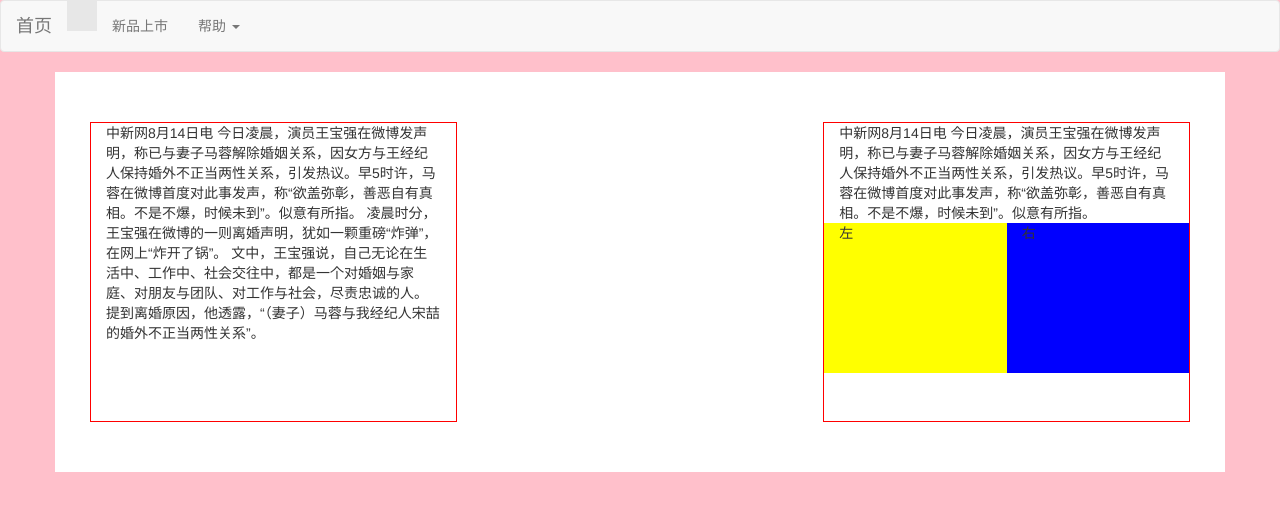
Repository: linkosong/mine
Page: workspaces/activity/src/main/webapp/index.html
An editor plug-in stored every save of this project. The page is shown before and after the next save, followed by the edit.
The browser window is 1280 px wide. The pictures show the whole page.

Above is the page before, as saved 2016-11-18 10:03:53.

### workspaces/activity/src/main/webapp/index.html
<!DOCTYPE HTML>
<html>
	<head>
		<meta http-equiv="X-UA-Compatible" content="IE=edge"><!--  IE浏览器9.0全都支持 ，的核心配置意思是与bootstrap交融，正常使用  -->
		<meta name="viewport" charset="utf-8"  content="device=device-width,initoal-scale=1"><!--  合适图框的大小，缩放的比例 ，支持pc端，移动端     -->
		<title>Bootstrap基础入门</title>
		<link rel="stylesheet" href="bootstrap/css/bootstrap.min.css" type="text/css"></link>
		<script type="text/javascript" src="bootstrap/js/jquery-3.1.1.min.js"></script>
		<script type="text/javascript" src="bootstrap/js/bootstrap.min.js"></script>
	</head>
<!-- 栅格系统 -->
	<body style="background-color: pink">

<nav class="navbar navbar-default" role="navigation">
  <div class="container-fluid">
    <!-- Brand and toggle get grouped for better mobile display -->
    <div class="navbar-header">
      <button type="button" class="navbar-toggle collapsed" data-toggle="collapse" data-target="#bs-example-navbar-collapse-1">
        <span class="sr-only">Toggle navigation</span>
        <span class="icon-bar"></span>
        <span class="icon-bar"></span>
        <span class="icon-bar"></span>
      </button>
      <a class="navbar-brand" href="#">首页</a>
    </div>

    <!-- Collect the nav links, forms, and other content for toggling -->
    <div class="collapse navbar-collapse" id="bs-example-navbar-collapse-1">
      <ul class="nav navbar-nav">
        <li class="active"><a href="#">	</a></li>
        <li><a href="#">新品上市</a></li>
        <li class="dropdown">
          <a href="#" class="dropdown-toggle" data-toggle="dropdown">帮助 <span class="caret"></span></a>
          <ul class="dropdown-menu" role="menu">
            <li><a href="#">Action</a></li>
            <li><a href="#">Another action</a></li>
            <li><a href="#">Something else here</a></li>
            <li class="divider"></li>
            <li><a href="#">Separated link</a></li>
            <li class="divider"></li>
            <li><a href="#">One more separated link</a></li>
          </ul>
        </li>
      </ul>
<!--       <form class="navbar-form navbar-left" role="search"> -->
<!--         <div class="form-group"> -->
<!--           <input type="text" class="form-control" placeholder="Search"> -->
<!--         </div> -->
<!--         <button type="submit" class="btn btn-default">Submit</button> -->
<!--       </form> -->
<!--       <ul class="nav navbar-nav navbar-right"> -->
<!--         <li><a href="#">Link</a></li> -->
<!--         <li class="dropdown"> -->
<!--           <a href="#" class="dropdown-toggle" data-toggle="dropdown">Dropdown <span class="caret"></span></a> -->
<!--           <ul class="dropdown-menu" role="menu"> -->
<!--             <li><a href="#">Action</a></li> -->
<!--             <li><a href="#">Another action</a></li> -->
<!--             <li><a href="#">Something else here</a></li> -->
<!--             <li class="divider"></li> -->
<!--             <li><a href="#">Separated link</a></li> -->
<!--           </ul> -->
<!--         </li> -->
<!--       </ul> -->
    </div><!-- /.navbar-collapse -->
  </div><!-- /.container-fluid -->
</nav>

		<div class="container" style="padding: 50px; background-color: #fff"> <!-- container : 表示的是文字或内容到边框的自动调整       -->

			<div class="row">
				<div class="col-md-4 " style="border:1px solid red;height:300px"> <!--  col-md-* :表示的是所适应的屏幕
				                                                                        col-后跟sm用于手机端， xs用于平板 ， md用于电脑 ，lg用于大屏幕
				                                                                                                                                                                                                                        默认的是一行十二列
				                                                                     -->

					中新网8月14日电
					今日凌晨，演员王宝强在微博发声明，称已与妻子马蓉解除婚姻关系，因女方与王经纪人保持婚外不正当两性关系，引发热议。早5时许，马蓉在微博首度对此事发声，称“欲盖弥彰，善恶自有真相。不是不爆，时候未到”。似意有所指。
					凌晨时分，王宝强在微博的一则离婚声明，犹如一颗重磅“炸弹”，在网上“炸开了锅”。
					文中，王宝强说，自己无论在生活中、工作中、社会交往中，都是一个对婚姻与家庭、对朋友与团队、对工作与社会，尽责忠诚的人。提到离婚原因，他透露，“（妻子）马蓉与我经纪人宋喆的婚外不正当两性关系”。
				</div>
				<!-- 列偏移    col-md-offset-4  向右偏移4个栅     页面一共12个栅-->
				<div class="col-md-4 col-md-offset-4" style="border:1px solid red;height:300px">
					中新网8月14日电
					今日凌晨，演员王宝强在微博发声明，称已与妻子马蓉解除婚姻关系，因女方与王经纪人保持婚外不正当两性关系，引发热议。早5时许，马蓉在微博首度对此事发声，称“欲盖弥彰，善恶自有真相。不是不爆，时候未到”。似意有所指。
				<!-- 列嵌套	嵌套栅格系统  一个新的栅格布局12列-->
					<div class="row">
						<div class="col-md-6" style="height:150px;background-color:yellow;">左</div>
						<div class="col-md-6"  style="height:150px;background-color:blue;">右</div>
					</div>
				</div>

		</div>
	</div>
	</body>
</html>

Loaded but not shown: workspaces/activity/src/main/webapp/bootstrap/css/bootstrap.min.css (library); workspaces/activity/src/main/webapp/bootstrap/js/jquery-3.1.1.min.js (library); workspaces/activity/src/main/webapp/bootstrap/js/bootstrap.min.js (library)

After the next save:
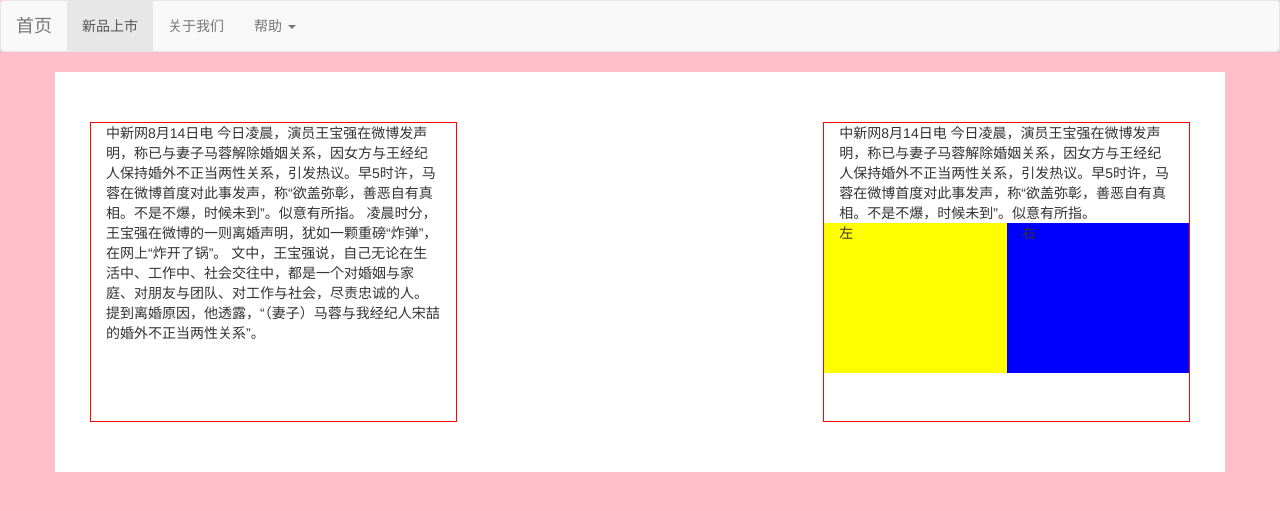
Saved 72 s later.
--- a/workspaces/activity/src/main/webapp/index.html
+++ b/workspaces/activity/src/main/webapp/index.html
@@ -27,8 +27,8 @@
     <!-- Collect the nav links, forms, and other content for toggling -->
     <div class="collapse navbar-collapse" id="bs-example-navbar-collapse-1">
       <ul class="nav navbar-nav">
-        <li class="active"><a href="#">	</a></li>
-        <li><a href="#">新品上市</a></li>
+        <li class="active"><a href="#">新品上市</a></li>
+        <li><a href="#">关于我们</a></li>
         <li class="dropdown">
           <a href="#" class="dropdown-toggle" data-toggle="dropdown">帮助 <span class="caret"></span></a>
           <ul class="dropdown-menu" role="menu">
